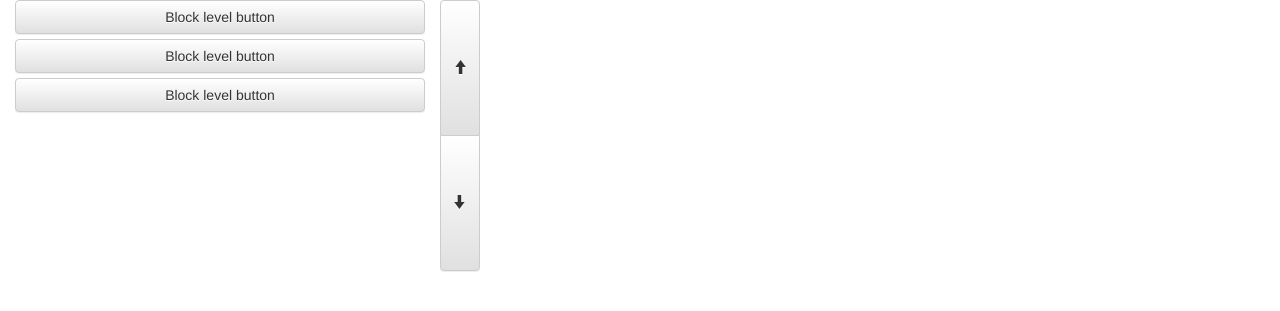
Repository: bmatusiak/bbb-usb-tool-nw
Page: index.html
The author's editor kept a record of every edit. The page is drawn from the files as they stood at one moment, then again after the next edit.
The browser window is 1280 px wide. The pictures show the whole page.

Above is the page before.
Console error: ReferenceError: global is not defined

After the next edit:
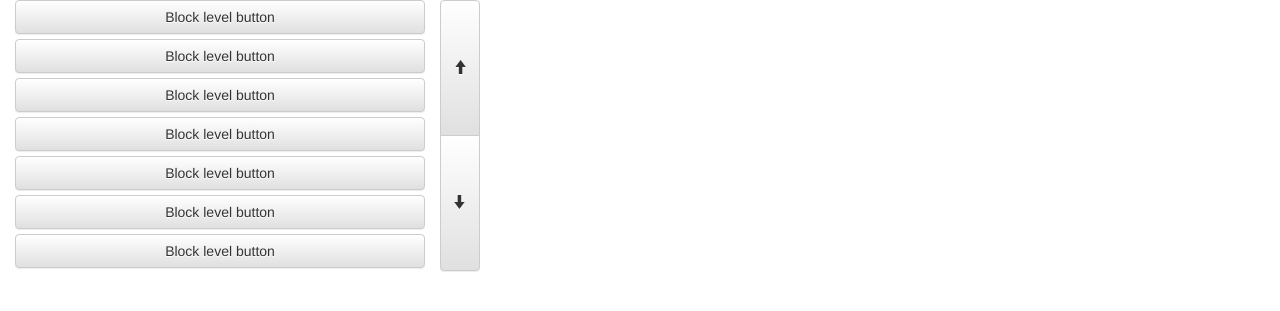
The edit:
--- a/index.html
+++ b/index.html
@@ -19,22 +19,27 @@
     </head>
 
     <body>
-    <div class="container-fluid">
-        <div class="row">
-            <div class="col-xs-11">
-                <button type="button" class="btn btn-default  btn-block">Block level button</button>
-                <button type="button" class="btn btn-default  btn-block">Block level button</button>
-                <button type="button" class="btn btn-default  btn-block">Block level button</button>
-            </div>
-            <div>
-                <div class="btn-group-vertical">
-                  <button type="button" class="btn btn-default" style="height:136px;"><span class="glyphicon glyphicon-arrow-up"></span></button>
-                  <button type="button" class="btn btn-default" style="height:136px;"><span class="glyphicon glyphicon-arrow-down"></span></button>
+        <div class="container-fluid">
+            <div class="row">
+                <div class="col-xs-11">
+                    <button type="button" class="btn btn-default  btn-block">Block level button</button>
+                    <button type="button" class="btn btn-default  btn-block">Block level button</button>
+                    <button type="button" class="btn btn-default  btn-block">Block level button</button>
+                    <button type="button" class="btn btn-default  btn-block">Block level button</button>
+                    <button type="button" class="btn btn-default  btn-block">Block level button</button>
+                    <button type="button" class="btn btn-default  btn-block">Block level button</button>
+                    <button type="button" class="btn btn-default  btn-block">Block level button</button>
+
                 </div>
+                <div>
+                    <div class="btn-group-vertical">
+                      <button type="button" class="btn btn-default" style="height:136px;"><span class="glyphicon glyphicon-arrow-up"></span></button>
+                      <button type="button" class="btn btn-default" style="height:136px;"><span class="glyphicon glyphicon-arrow-down"></span></button>
+                    </div>
 
+                </div>
             </div>
         </div>
-
         <script src="bootstrap/js/bootstrap.min.js"></script>
 
         <script src="main.js"></script>
